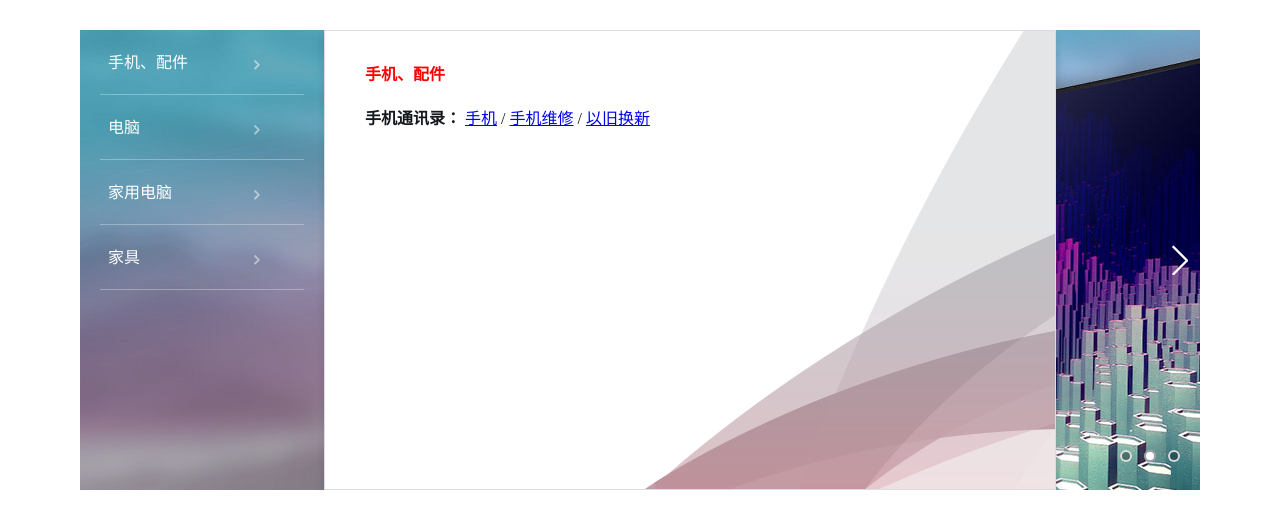
Repository: zhenzhen-gong/JSslider
Page: index.html
The author's editor kept a copy of each file at every save. The page is drawn from the files as they stood at one save, then again after the next save.
The browser window is 1280 px wide. The pictures show the whole page.

Above is the page before, as saved 2020-06-06 18:55:40.

### index.html
<!DOCTYPE html>
<html lang="en">

<head>
    <meta charset="UTF-8">
    <meta name="viewport" content="width=device-width, initial-scale=1.0">
    <title>JS实现轮播图</title>
    <link rel="stylesheet" href="style.css">
    <script src="js.js"></script>
</head>

<body>
    <div class="main" id="main">
        <!-- 导航栏 -->
        <div class="menu-box">
            <div class="menu-title">
                <a href="#">
                    <span class="text">手机、配件</span><span class="ico">&#xe665;</span>
                </a>
            </div>
            <div class="menu-title">
                <a href="#">
                    <span class="text">电脑</span><span class="ico">&#xe665;</span>
                </a>
            </div>
            <div class="menu-title">
                 <a href="#">
                    <span class="text">家用电脑</span><span class="ico">&#xe665;</span>
                </a>
            </div>
            <div class="menu-title">
                <a href="#">
                    <span class="text">家具</span><span class="ico">&#xe665;</span>
                </a>
            </div>
        </div>
        <!-- 子菜单 -->
        <div class="menu-content">
            <!-- 每个一级menu对应的内容 -->
            <div class="content-box">
                <h4>手机、配件</h4>
                <ul>
                    <li>
                        <span class="title">手机通讯录：</span>
                        <a href="#">手机</a>
                        <span>/</span>
                        <a href="#">手机维修</a>
                        <span>/</span>
                        <a href="#">以旧换新</a>
                    </li>
                    <li></li>
                    <li></li>
                    <li></li>
                    <li></li>
                </ul>
            </div>
        </div>
        <!-- 图片轮播 -->
        <div class="slider" id="slider">
            <a href="">
                <div class="img img1 img-active"></div>
            </a>
            <a href="">
                <div class="img img2"></div>
            </a>
            <a href="">
                <div class="img img3"></div>
            </a>
        </div>
        <!-- 左右箭头 -->
        <span class="button left" id="pre"></span>
        <span class="button right" id="next"></span>
        <!-- 圆点切换 -->
        <div class="circle" id="circle">
            <span class="active"></span>
            <span></span>
            <span></span>
        </div>
        <div class="nav"></div>
        <div class="content"></div>
    </div>
</body>

</html>

### style.css
*{
    margin: 0;
    padding: 0;
}
ul{
    list-style: none;
}
@font-face {font-family: 'iconfont';
    src: url('../img/font/iconfont.eot');
    src: url('../img/font/iconfont.eot') format('embedded-opentype'),
    url('../img/font/iconfont.woff') format('woff'),
    url('../img/font/iconfont.ttf') format('truetype'),
    url('../img/font/iconfont.svg#iconfont') format('svg');
}
body{
    font-family: "微软雅黑";
    color: #14191e;
}
.main{
    position: relative;
    width: 1120px;
    height: 460px;
    margin: 30px auto;
    overflow: hidden;
}
.slider{
    position: relative;
    width: 1120px;
    height: 460px;
}
.img{
    position: absolute;
    width: 1120px;
    height: 460px;
    background-repeat: no-repeat;
    overflow: hidden;
    display: none;
}
.img1{
    background-image: url(img/bg1.jpg);
}
.img2{
    background-image: url(img/bg2.jpg);
}
.img3{
    background-image: url(img/bg3.jpg);
}
.img-active{
    display: block;
}
.button{
    position: absolute;
    width: 40px;
    height: 80px;
    left: 244px;
    top: 50%;
    margin-top: -40px;
    background:url(img/arrow.png) no-repeat center center ;
}
.button:hover{
    background-color: #333;
    opacity: 0.3;
    filter: alpha(opacity=80);/*是为了解决兼容问题，属于css3的filter属性*/
}
.right{
    left: auto;
    right: 0;
}
.left{
    transform: rotate(180deg);
}
.circle{
    position: absolute;
    right: 20px;
    bottom: 24px;
}
.circle span{
    display: inline-block;
    height: 12px;
    width: 12px;
    border-radius: 50%;
    background-color: rgba(7, 17, 27, 0.4);
    margin-left: 8px;
    box-shadow: 0 0 0 2px rgba(255, 255, 255, 0.8) inset;
    cursor: pointer;
}
.circle span.active{
    background-color: #ffffff;
    box-shadow: 0 0 0 2px rgba(7, 17, 27, 0.4) inset;
}
.menu-box{
    position: absolute;
    left: 0;
    top: 0;
    z-index: 1;
    width: 244px;
    height: 460px;
    background-color: rgba(7, 17, 27, 0.3);
}
.menu-title{
    position: relative;
    padding: 0 8px;
    margin: 0 20px;
    border-bottom: 1px solid rgba(255, 255, 255, 0.3);
    height: 64px;
    line-height: 66px;
}
.menu-title a{
    text-decoration: none;
    color: #5e5e5e;
    font-size: 16px;
    color: #ffffff;
}
.menu-title .ico{
    position: absolute;
    right: 32px;
    top: 2px;
    font-size: 30px;
    font-family: "iconfont";
    color: rgba(255, 255, 255, 0.5);
}
.menu-content{
    position: absolute;
    left: 244px;
    top: 0;
    width: 730px;
    height: 458px;
    border: 1px solid #d9dde1;
    z-index: 1;
    box-shadow: 0 4px 8px 0 rgba(0, 0, 0, 0.1);
    background: url(img/fe.png) no-repeat;
}
.content-box{
    width: 100%;
    height: 100%;
    padding: 30px 40px;
    box-sizing: border-box;
}
.content-box h4{
    color: red;
}
.content-box ul{
    margin-top: 20px;
}
.content-box .title{
    font-weight: bolder;

}

### js.js
window.onload = function () {
    function byId(id){
        return typeof(id) === "string"? document.getElementById(id):id;
      }
      var index = 0,
          timer =null,
          sliders = byId("slider").getElementsByTagName("div"),
          circles = byId("circle").getElementsByTagName("span"),
          len = sliders.length,
          pre = byId("pre"),
          next = byId("next")

     function imgSlider(){
         var main = byId("slider")
        //   鼠标移动到图片上方，图片停止切换
        main.onmouseover = function(){
          if(timer) clearInterval(timer)
        }
        // 鼠标移出图片区域时，图片继续滑动
        main.onmouseout = function(){
            timer = setInterval(function(){
                index++;
                if(index>=len){
                    index = 0;
                }
                // 切换图片
                changeImg()
            }, 3000);
        }
        main.onmouseout();
        //点击圆点切换图片
        // 1、找到所有圆点  并为每个圆点绑定click事件
        for(let i = 0;i<len;i++){
            circles[i].id = i
            circles[i].onclick = function(){
               index = i
                //2、调用切换图片的函数
            changeImg()
            }
        }
        // 给左右箭头绑定点击事件
        next.onclick = function(){
            index++;
            if(index>=len) index=0
            changeImg()
        }
        pre.onclick = function(){
            index--;
            if(index<0) index = len - 1
            changeImg()
        }
     }
     function changeImg(){
         // 当前图片的display属性为block，其他为none；
         for (let i = 0;i<len;i++){
             sliders[i].style.display = "none"
             circles[i].className = " " //清除所有小圆点上的类，在当前小圆点上增加active类名  实现点击哪个小圆点，那个小圆点的样式改变
         }
         sliders[index].style.display = "block"
         circles[index].className = "active"
     }
     imgSlider()
}

After the next save:
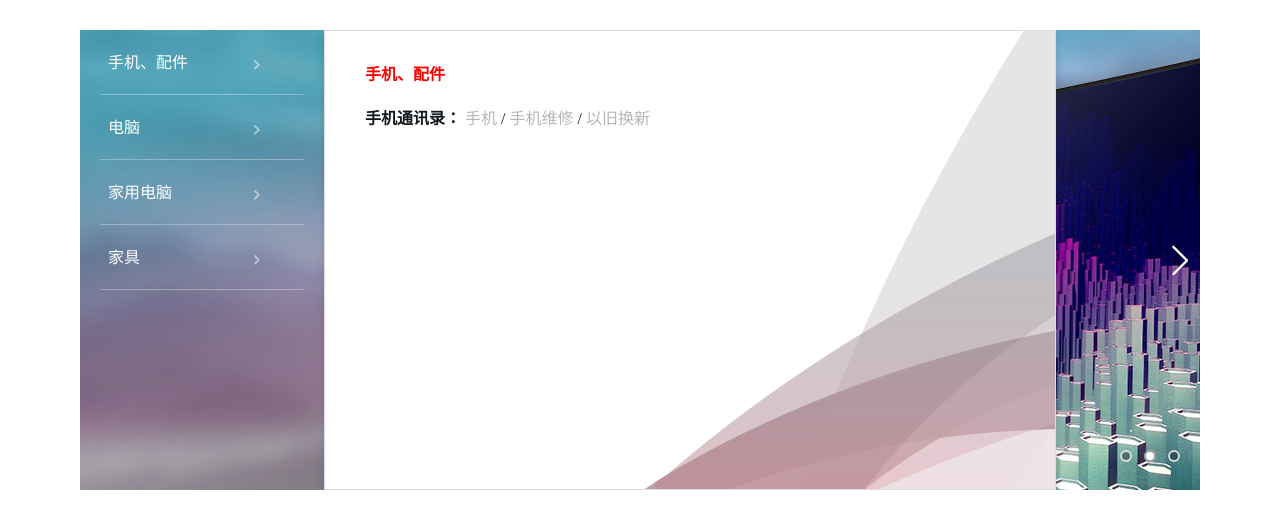
Saved 59 s later.
--- a/style.css
+++ b/style.css
@@ -142,6 +142,10 @@
 .content-box ul{
     margin-top: 20px;
 }
+.content-box a{
+    text-decoration: none;
+    color: rgba(7, 17, 27, 0.3);
+}
 .content-box .title{
     font-weight: bolder;
 
